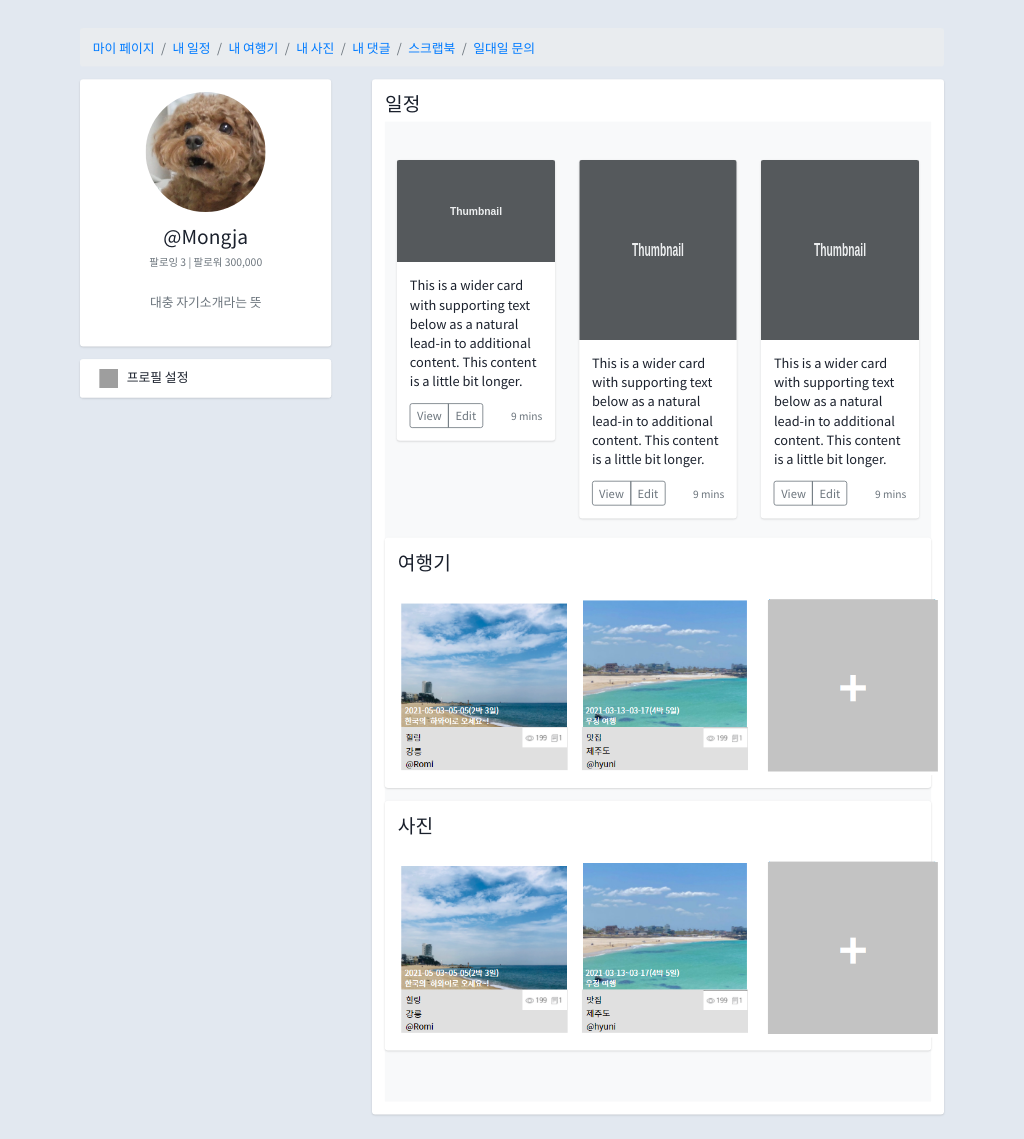
Repository: jangseohyun/LEGGO_2021
Page: http://localhost/PrjApp/ProfileTest.jsp
The author's editor kept a copy of each file at every save. The page is drawn from the files as they stood at one save, then again after the next save.
The browser window is 1280 px wide. The pictures show the whole page, at 80% of full size.
Pictures or frames that could not be fetched are drawn as grey boxes. Some web libraries are served in a nearby version. The page is served by Tomcat 9. Other server files are loaded and not shown.

Above is the page before, as saved 2021-06-28 13:01:03.

### PrjApp/WebContent/ProfileTest.jsp
<%@ page contentType="text/html; charset=UTF-8"%>
<%@ taglib prefix="c" uri="http://java.sun.com/jsp/jstl/core"%>
<%
	request.setCharacterEncoding("UTF-8");
String cp = request.getContextPath();
%>
<!DOCTYPE html>
<head>
<meta charset="utf-8">
<!--  This file has been downloaded from bootdey.com @bootdey on twitter -->
<!--  All snippets are MIT license http://bootdey.com/license -->
<title>ProfileTest.jsp</title>
<meta name="viewport" content="width=device-width, initial-scale=1">
<script src="https://code.jquery.com/jquery-1.10.2.min.js"></script>
<link
	href="https://cdn.jsdelivr.net/npm/bootstrap@4.4.1/dist/css/bootstrap.min.css"
	rel="stylesheet">
<script
	src="https://cdn.jsdelivr.net/npm/bootstrap@4.4.1/dist/js/bootstrap.bundle.min.js"></script>
<link rel="preconnect" href="https://fonts.googleapis.com">
<link rel="preconnect" href="https://fonts.gstatic.com" crossorigin>
<link
	href="https://fonts.googleapis.com/css2?family=Noto+Sans+KR:wght@400;700&display=swap"
	rel="stylesheet">
</head>
<body>
	<div class="container">
		<div class="main-body">

			<!-- 상단 메뉴 -->
			<nav aria-label="breadcrumb" class="main-breadcrumb">
				<ol class="breadcrumb">
					<li class="breadcrumb-item" aria-current="page"><a
						href="javascript:void(0)">마이 페이지</a></li>
					<li class="breadcrumb-item"><a href="">내 일정</a></li>
					<li class="breadcrumb-item"><a href="">내 여행기</a></li>
					<li class="breadcrumb-item"><a href="">내 사진</a></li>
					<li class="breadcrumb-item"><a href="">내 댓글</a></li>
					<li class="breadcrumb-item"><a href="">스크랩북</a></li>
					<li class="breadcrumb-item"><a href="">일대일 문의</a></li>
				</ol>
			</nav>

			<div class="row gutters-sm">
				<div class="col-md-4 mb-3">

					<!-- 프로필 -->
					<div class="card w-90">
						<div class="card-body">
							<div class="d-flex flex-column align-items-center text-center">
								<img src="images/profile_img_sample.jpg" alt="Admin"
									class="rounded-circle" width="150">
								<div class="mt-3">
									<h4>@Mongja</h4>
									<p class="text-secondary mb-1" style="font-size: 13px;">팔로잉
										3 | 팔로워 300,000</p>
									<br>
									<p class="text-secondary mb-1">대충 자기소개라는 뜻</p>
									<br>
									<!-- <button class="btn btn-primary">팔로우</button> -->
								</div>
							</div>
						</div>
					</div>

					<!-- 프로필 버튼 -->
					<div class="card mt-3 w-90">
						<ul class="list-group list-group-flush">
							<li
								class="list-group-item d-flex justify-content-between align-items-center flex-wrap">
								<h6 class="mb-0">
									&nbsp;<img
										src="https://image.flaticon.com/icons/png/512/3524/3524752.png"
										width="24" height="24">&nbsp;&nbsp;&nbsp;프로필 설정
								</h6> <!-- <span class="text-secondary">https://bootdey.com</span> -->
								<!--
                  </li>
                  <li class="list-group-item d-flex justify-content-between align-items-center flex-wrap">
                    <h6 class="mb-0"><svg xmlns="http://www.w3.org/2000/svg" width="24" height="24" viewBox="0 0 24 24" fill="none" stroke="currentColor" stroke-width="2" stroke-linecap="round" stroke-linejoin="round" class="feather feather-github mr-2 icon-inline"><path d="M9 19c-5 1.5-5-2.5-7-3m14 6v-3.87a3.37 3.37 0 0 0-.94-2.61c3.14-.35 6.44-1.54 6.44-7A5.44 5.44 0 0 0 20 4.77 5.07 5.07 0 0 0 19.91 1S18.73.65 16 2.48a13.38 13.38 0 0 0-7 0C6.27.65 5.09 1 5.09 1A5.07 5.07 0 0 0 5 4.77a5.44 5.44 0 0 0-1.5 3.78c0 5.42 3.3 6.61 6.44 7A3.37 3.37 0 0 0 9 18.13V22"></path></svg>Github</h6>
                  </li>
                  <li class="list-group-item d-flex justify-content-between align-items-center flex-wrap">
                    <h6 class="mb-0"><svg xmlns="http://www.w3.org/2000/svg" width="24" height="24" viewBox="0 0 24 24" fill="none" stroke="currentColor" stroke-width="2" stroke-linecap="round" stroke-linejoin="round" class="feather feather-twitter mr-2 icon-inline text-info"><path d="M23 3a10.9 10.9 0 0 1-3.14 1.53 4.48 4.48 0 0 0-7.86 3v1A10.66 10.66 0 0 1 3 4s-4 9 5 13a11.64 11.64 0 0 1-7 2c9 5 20 0 20-11.5a4.5 4.5 0 0 0-.08-.83A7.72 7.72 0 0 0 23 3z"></path></svg>Twitter</h6>
                  </li>
                  <li class="list-group-item d-flex justify-content-between align-items-center flex-wrap">
                    <h6 class="mb-0"><svg xmlns="http://www.w3.org/2000/svg" width="24" height="24" viewBox="0 0 24 24" fill="none" stroke="currentColor" stroke-width="2" stroke-linecap="round" stroke-linejoin="round" class="feather feather-instagram mr-2 icon-inline text-danger"><rect x="2" y="2" width="20" height="20" rx="5" ry="5"></rect><path d="M16 11.37A4 4 0 1 1 12.63 8 4 4 0 0 1 16 11.37z"></path><line x1="17.5" y1="6.5" x2="17.51" y2="6.5"></line></svg>Instagram</h6>
                  </li>
                  <li class="list-group-item d-flex justify-content-between align-items-center flex-wrap">
                    <h6 class="mb-0"><svg xmlns="http://www.w3.org/2000/svg" width="24" height="24" viewBox="0 0 24 24" fill="none" stroke="currentColor" stroke-width="2" stroke-linecap="round" stroke-linejoin="round" class="feather feather-facebook mr-2 icon-inline text-primary"><path d="M18 2h-3a5 5 0 0 0-5 5v3H7v4h3v8h4v-8h3l1-4h-4V7a1 1 0 0 1 1-1h3z"></path></svg>Facebook</h6>
                  </li>
                   -->
						</ul>
					</div>
				</div>

				<!-- 일정 -->
				<div class="col-md-8">
					<div class="card mb-3">
						<div class="card-body">
							<h4>일정</h4>
							<div class="album py-5 bg-light">
								<div class="container">

									<div class="row">
										<div class="col-md-4">
											<div class="card mb-4 box-shadow">
												<img class="card-img-top"
													data-src="holder.js/100px225?theme=thumb&amp;bg=55595c&amp;fg=eceeef&amp;text=Thumbnail"
													alt="Thumbnail [100%x225]"
													style="height: 100%; width: 100%; display: block;"
													src="data:[embedded picture, 710 characters]"
													data-holder-rendered="true">
												<div class="card-body">
													<p class="card-text">This is a wider card with
														supporting text below as a natural lead-in to additional
														content. This content is a little bit longer.</p>
													<div
														class="d-flex justify-content-between align-items-center">
														<div class="btn-group">
															<button type="button"
																class="btn btn-sm btn-outline-secondary">View</button>
															<button type="button"
																class="btn btn-sm btn-outline-secondary">Edit</button>
														</div>
														<small class="text-muted">9 mins</small>
													</div>
												</div>
											</div>
										</div>
										<div class="col-md-4">
											<div class="card mb-4 box-shadow">
												<img class="card-img-top"
													data-src="holder.js/100px225?theme=thumb&amp;bg=55595c&amp;fg=eceeef&amp;text=Thumbnail"
													alt="Thumbnail [100%x225]"
													src="data:[embedded picture, 710 characters]"
													data-holder-rendered="true"
													style="height: 225px; width: 100%; display: block;">
												<div class="card-body">
													<p class="card-text">This is a wider card with
														supporting text below as a natural lead-in to additional
														content. This content is a little bit longer.</p>
													<div
														class="d-flex justify-content-between align-items-center">
														<div class="btn-group">
															<button type="button"
																class="btn btn-sm btn-outline-secondary">View</button>
															<button type="button"
																class="btn btn-sm btn-outline-secondary">Edit</button>
														</div>
														<small class="text-muted">9 mins</small>
													</div>
												</div>
											</div>
										</div>
										<div class="col-md-4">
											<div class="card mb-4 box-shadow">
												<img class="card-img-top"
													data-src="holder.js/100px225?theme=thumb&amp;bg=55595c&amp;fg=eceeef&amp;text=Thumbnail"
													alt="Thumbnail [100%x225]"
													src="data:[embedded picture, 710 characters]"
													data-holder-rendered="true"
													style="height: 225px; width: 100%; display: block;">
												<div class="card-body">
													<p class="card-text">This is a wider card with
														supporting text below as a natural lead-in to additional
														content. This content is a little bit longer.</p>
													<div
														class="d-flex justify-content-between align-items-center">
														<div class="btn-group">
															<button type="button"
																class="btn btn-sm btn-outline-secondary">View</button>
															<button type="button"
																class="btn btn-sm btn-outline-secondary">Edit</button>
														</div>
														<small class="text-muted">9 mins</small>
													</div>
												</div>
											</div>
										</div>
										<!--
                  <div class="row">
                    <div class="col-sm-3">
                      <h6 class="mb-0">Full Name</h6>
                    </div>
                    <div class="col-sm-9 text-secondary">
                      Kenneth Valdez
                    </div>
                  </div>
                  <hr>
                  <div class="row">
                    <div class="col-sm-3">
                      <h6 class="mb-0">Email</h6>
                    </div>
                    <div class="col-sm-9 text-secondary">
                      fip@jukmuh.al
                    </div>
                  </div>
                  <hr>
                  <div class="row">
                    <div class="col-sm-3">
                      <h6 class="mb-0">Phone</h6>
                    </div>
                    <div class="col-sm-9 text-secondary">
                      (239) 816-9029
                    </div>
                  </div>
                  <hr>
                  <div class="row">
                    <div class="col-sm-3">
                      <h6 class="mb-0">Mobile</h6>
                    </div>
                    <div class="col-sm-9 text-secondary">
                      (320) 380-4539
                    </div>
                  </div>
                  <hr>
                  <div class="row">
                    <div class="col-sm-3">
                      <h6 class="mb-0">Address</h6>
                    </div>
                    <div class="col-sm-9 text-secondary">
                      Bay Area, San Francisco, CA
                    </div>
                  </div>
                  <hr>
                  <div class="row">

                    <div class="col-sm-12">
                      <a class="btn btn-info " target="__blank" href="https://www.bootdey.com/snippets/view/profile-edit-data-and-skills">Edit</a>
                    </div>

                  </div>
                   -->
									</div>
								</div>

								<!-- 여행기 -->
								<div class="card mb-3">
									<div class="card-body">
										<h4>여행기</h4>
										<br> <img src="images/sample.PNG" style="height: 220px;">
									</div>
								</div>

								<!-- 사진 -->
								<div class="card mb-3">
									<div class="card-body">
										<h4>사진</h4>
										<br> <img src="images/sample.PNG" style="height: 220px;">
									</div>
								</div>

							</div>
							<!-- end col-md-8 -->
						</div>
						<!-- end row gutters-sm -->
					</div>
					<!-- end main-body -->
				</div>
				<!-- end container -->

				<style type="text/css">
body {
	margin-top: 20px;
	color: #1a202c;
	text-align: left;
	background-color: #e2e8f0;
	font-family: 'Noto Sans KR', sans-serif;
}

.main-body {
	padding: 15px;
}

.card {
	box-shadow: 0 1px 3px 0 rgba(0, 0, 0, .1), 0 1px 2px 0
		rgba(0, 0, 0, .06);
}

.card {
	position: relative;
	display: flex;
	flex-direction: column;
	min-width: 0;
	word-wrap: break-word;
	background-color: #fff;
	background-clip: border-box;
	border: 0 solid rgba(0, 0, 0, .125);
	border-radius: .25rem;
}

.card-body {
	flex: 1 1 auto;
	min-height: 1px;
	padding: 1rem;
}

.gutters-sm {
	margin-right: -8px;
	margin-left: -8px;
}

.gutters-sm>.col, .gutters-sm>[class*=col-] {
	padding-right: 8px;
	padding-left: 8px;
}

.mb-3, .my-3 {
	margin-bottom: 1rem !important;
}

.bg-gray-300 {
	background-color: #e2e8f0;
}

.h-100 {
	height: 100% !important;
}

.shadow-none {
	box-shadow: none !important;
}

.w-90 {
	width: 90% !important;
}
</style>

				<script type="text/javascript">

				</script>
</body>
</html>

After the next save:
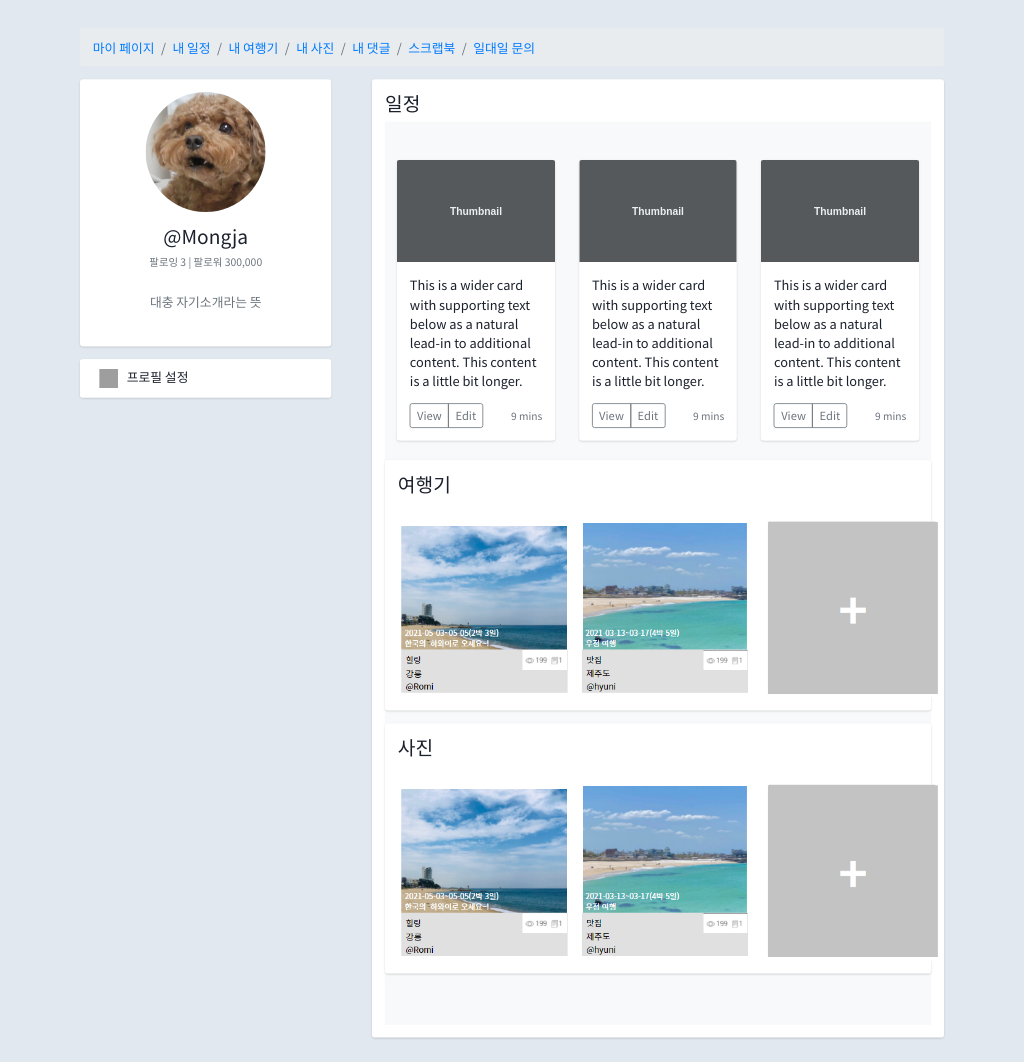
Saved 15 s later.
--- a/PrjApp/WebContent/ProfileTest.jsp
+++ b/PrjApp/WebContent/ProfileTest.jsp
@@ -133,7 +133,7 @@ String cp = request.getContextPath();
 													alt="Thumbnail [100%x225]"
 													src="data:[embedded picture, 710 characters]"
 													data-holder-rendered="true"
-													style="height: 225px; width: 100%; display: block;">
+													style="height: 100%; width: 100%; display: block;">
 												<div class="card-body">
 													<p class="card-text">This is a wider card with
 														supporting text below as a natural lead-in to additional
@@ -158,7 +158,7 @@ String cp = request.getContextPath();
 													alt="Thumbnail [100%x225]"
 													src="data:[embedded picture, 710 characters]"
 													data-holder-rendered="true"
-													style="height: 225px; width: 100%; display: block;">
+													style="height: 100%; width: 100%; display: block;">
 												<div class="card-body">
 													<p class="card-text">This is a wider card with
 														supporting text below as a natural lead-in to additional
